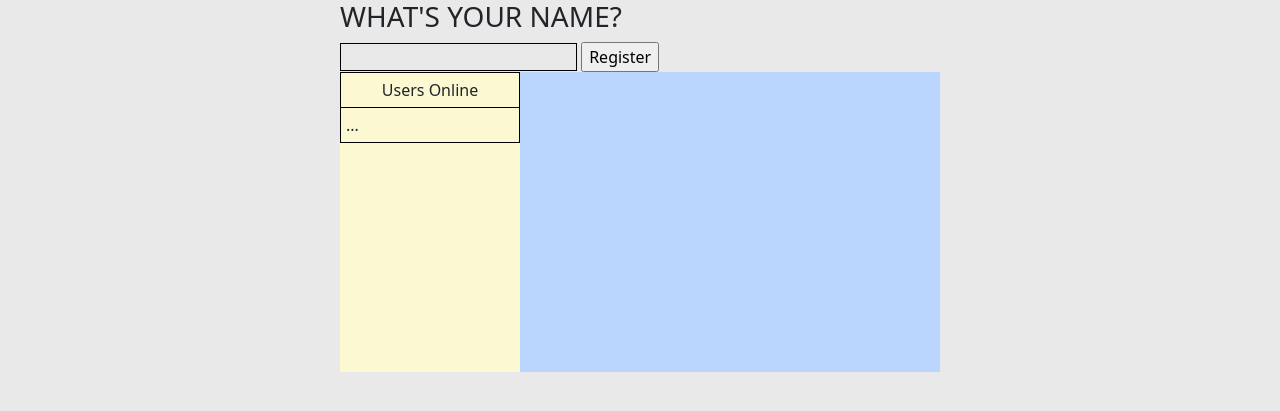
Repository: haimy125/demo_chat
Page: http://localhost/
The author's editor kept a copy of each file at every save. The page is drawn from the files as they stood at one save, then again after the next save.
The browser window is 1280 px wide. The pictures show the whole page.
The page is served by the project's Node server (DEMO_CHAT_SOCKETIO/SERVER.js).

Above is the page before, as saved 2021-08-29 15:34:09.

### DEMO_CHAT_SOCKETIO/views/trangchu.ejs
<!DOCTYPE html>
<html lang="en">

<head>
    <meta charset="UTF-8">
    <meta http-equiv="X-UA-Compatible" content="IE=edge">
    <meta name="viewport" content="width=device-width, initial-scale=1.0">
    <title>demo chat</title>
    <link href="https://cdn.jsdelivr.net/npm/bootstrap@5.0.2/dist/css/bootstrap.min.css" rel="stylesheet" integrity="sha384-EVSTQN3/azprG1Anm3QDgpJLIm9Nao0Yz1ztcQTwFspd3yD65VohhpuuCOmLASjC" crossorigin="anonymous">
    <script src="https://cdn.jsdelivr.net/npm/@popperjs/core@2.9.2/dist/umd/popper.min.js" integrity="sha384-IQsoLXl5PILFhosVNubq5LC7Qb9DXgDA9i+tQ8Zj3iwWAwPtgFTxbJ8NT4GN1R8p" crossorigin="anonymous"></script>
    <script src="https://cdn.jsdelivr.net/npm/bootstrap@5.0.2/dist/js/bootstrap.min.js" integrity="sha384-cVKIPhGWiC2Al4u+LWgxfKTRIcfu0JTxR+EQDz/bgldoEyl4H0zUF0QKbrJ0EcQF" crossorigin="anonymous"></script>

    <script src="jquery.js"></script>
    <script src="socket.io/socket.io.js"></script>
    <link rel="stylesheet" href="layout.css">
    <script src="xuly.js">
    </script>
</head>

<body>
    <div class="container">
        <div id="wrapper">
            <div id="loginForm">
                <h3>WHAT'S YOUR NAME?</h3>
                <input type="text" id="txtUsername">
                <input type="button" value="Register" id="btnRegister" />
            </div>
            <div id="chatForm">
                <div id="left">
                    <div id="boxTitle">Users Online</div>
                    <div id="boxContent">...</div>
                </div>
                <div id="right">

                </div>
            </div>
        </div>
    </div>
</body>

</html>

### DEMO_CHAT_SOCKETIO/SERVER.js
var express = require('express'); //phai require thu vien express moi chay
var app = express(); //khai bao server
app.use(express.static("public")); //can file js, css nen khai bao the nay de all file trong public la khach hang truy cap duoc het

app.set("view engine", "ejs"); //
app.set("views", "./views");
var server = require('http').Server(app); //dựng server
var io = require('socket.io')(server);
server.listen(3000);


app.get('/', function(req, res) {
    res.render('trangchu');
});

### DEMO_CHAT_SOCKETIO/public/layout.css
body {
    background-color: #e9e9e9;
}

#wrapper {
    width: 600px;
    margin: 0 auto;
}

#txtUsername {
    background-color: transparent;
    border: solid 1px black;
    /* border-width: 0 0 1 0; */
}

#left,
#right {
    min-height: 300px;
}

#left {
    width: 30%;
    float: left;
    background-color: #fcf8d1;
}

#right {
    width: 70%;
    float: right;
    background-color: #bad5fe;
}

#boxTitle {
    border: solid 1px black;
    padding: 5px;
    text-align: center;
}

#boxContent {
    border: solid 1px black;
    border-top: none;
    padding: 5px;
}

### DEMO_CHAT_SOCKETIO/public/xuly.js
$(document).ready(function() {
    // alert('a');
});

Loaded but not shown: DEMO_CHAT_SOCKETIO/public/jquery.js (library)

After the next save:
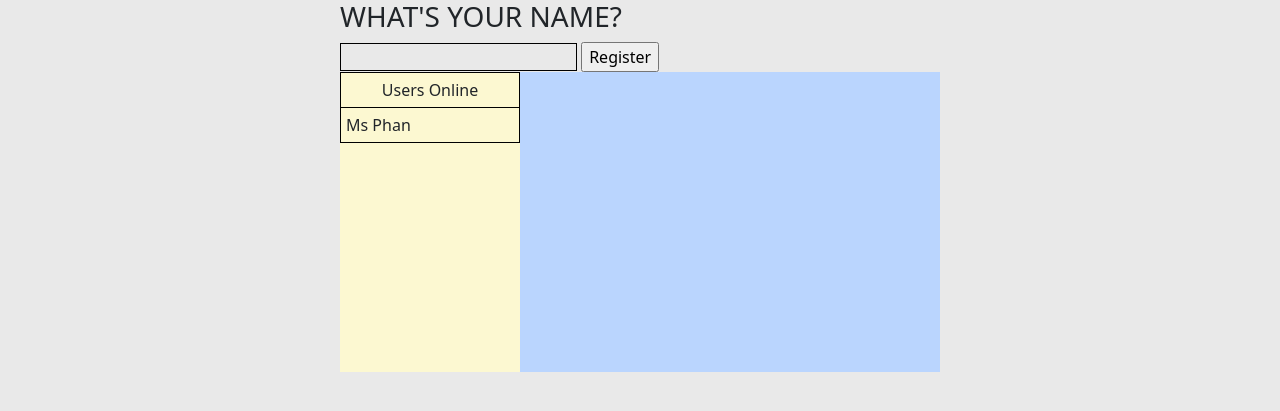
Saved 26 s later.
--- a/DEMO_CHAT_SOCKETIO/views/trangchu.ejs
+++ b/DEMO_CHAT_SOCKETIO/views/trangchu.ejs
@@ -28,7 +28,9 @@
             <div id="chatForm">
                 <div id="left">
                     <div id="boxTitle">Users Online</div>
-                    <div id="boxContent">...</div>
+                    <div id="boxContent">
+                        <div class="userOnline">Ms Phan</div>
+                    </div>
                 </div>
                 <div id="right">
 
